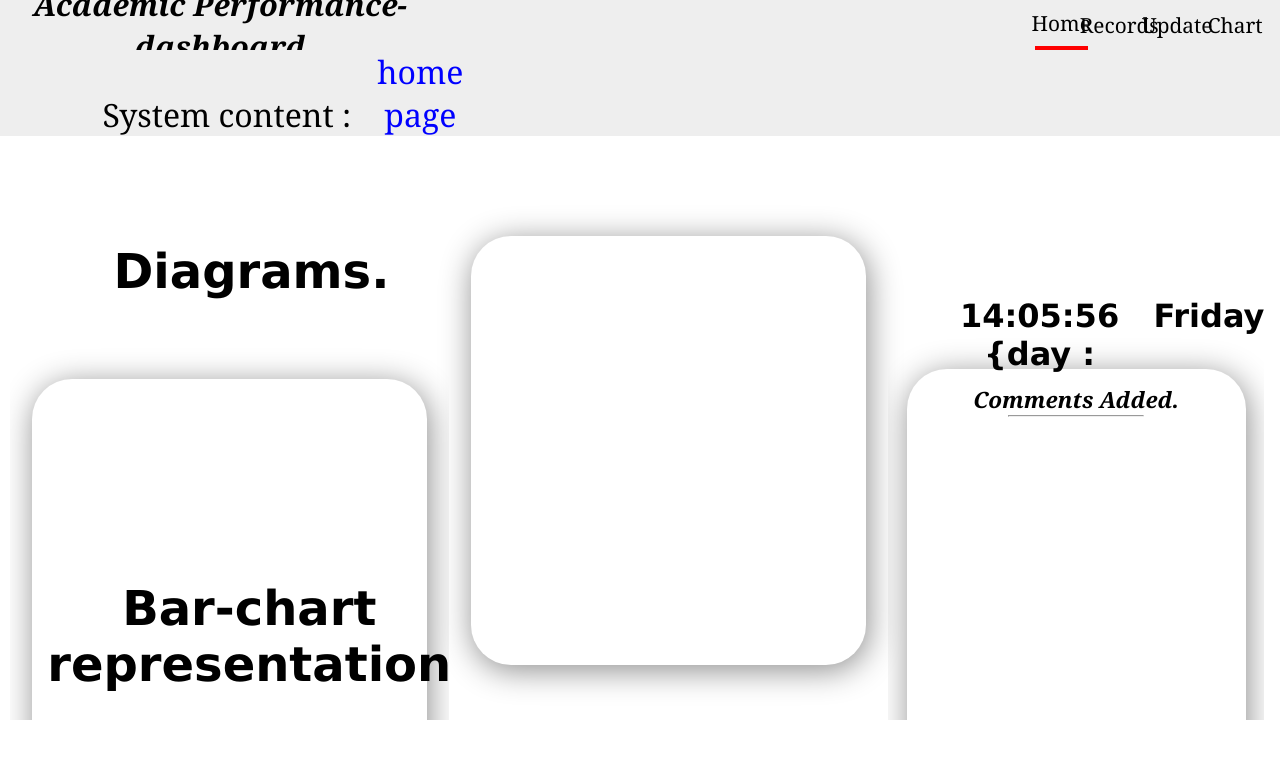
Repository: 3x3cu7er/Shax_001
Page: http://localhost/xmain/
These files come from the project's save history. The page is drawn as it stood at one moment and after the next save; the edit follows.
The browser window is 1280 px wide. The pictures show the whole page.
An inner scrolling area shows only its first screen. The page is served by the project's application, run on Django 4.2 (manage.py). Other server files are loaded and not shown.

Above is the page before, as saved 2024-01-19 18:09:56.
Console error (its wording comes from the project's code and is left out).

### _3x3c47er_Sino_sys/template/xmain.html
{% load static %}
<!DOCTYPE html>
<html lang="en">
  <head>
    <meta charset="UTF-8" />
    <meta name="viewport" content="width=device-width, initial-scale=1.0" />
    <title>...</title>
    <link rel="stylesheet" href="{% static '/css/xmain.css'%}" />
  </head>
  <body>
    <div class="container">
      <!-- navigation system -->
      <div class="nav">
        <div class="logo">
          <h5>Academic Performance-dashboard</h5>
          <a class="loc">show menu</a>
        </div>

        <div class="links">
          <a href="{% url 'xlanding'%}" class="under">Home</a>
          <a href="{% url 'temp_access_student'%}">Records</a>
          <a href="{% url 'xupdate'%}">Update</a>
          <a href="#later">Chart</a>
        </div>
      </div>
      <div class="elements">
        <a href="{% url 'xlanding'%}" class="under">Home</a>
        <a href="{% url 'temp_access_student'%}">Records</a>
        <a href="{% url 'xupdate'%}">Update</a>
        <a href="#later">Alerts</a>
      </div>
      <!-- platforms -->
      <div class="label">
        <h1>
          <p>System content :</p>
        </h1>
      </div>

      <div class="platforms">
        <!-- top section -->

        <div class="section" class="elements">
          <!-- right -->
          <div class="rigthSide">
            <div class="flex">
              <h4>Diagrams.</h4>
              <div class="data">
                <div class="graph">
                  <canvas id="net"></canvas>
                  <h4>Bar-chart representation</h4>
                </div>
              </div>
              <div class="data">
                <canvas id="tracking"></canvas>
              </div>
            </div>
          </div>
          <!-- middle -->
          <div class="middleContent">
            <div class="data" id="top">
              <div class="graph">
                <canvas id="pie"></canvas>
              </div>
            </div>
            <div class="data" id="bottom">
              <div class="graph">
                <canvas id="scatter"></canvas>
              </div>
            </div>
          </div>
          <!-- left -->

          <div class="leftSide">
            <div class="time">
              <h4>
                <span class="hr">00</span>:<span class="min">00</span>:<span
                  class="sec"
                  >00</span
                >
                {day :
              </h4>
              <h4 class="dy">day }</h4>
            </div>
            <div class="data" id="comments">
              <h4>Comments Added.</h4>
              <hr />

              {% for content in comment%}
              <li class="id">
                <ol>
                  <div class="sub">{{content}}</div>
                </ol>
              </li>
              {%endfor%}
            </div>
          </div>
        </div>
        <div class="context">
          <div class="subCOntext">
            <div class="scroll">
              <!-- {% for item in sh%}
              <ul>
                {{item}}
              </ul>
              <br /><br />
              {%endfor%} -->
              <div class="part">
                <img src="/static/css/icons/spy.svg" alt="" />
                <h3>User -Summary.</h3>

                <hr />
                <h4>Total datasets : <span>{{tcourse}}</span></h4>
                <h4>
                  The plt<sub>id</sub> corresponds to the recordID in the corses
                  undertaken.
                </h4>
                <h4>
                  plt -<sup>-</sup>-<sub>-</sub> average performance for the
                  record.
                </h4>
              </div>
              <!-- <div class="part">
                <img src="/static/undraw_emails_re_cqen.svg" alt="" />
                <h3>Notification.</h3>
                <hr />
              </div> -->
              <div class="part">
                <img src="/static/css/icons/chart.svg" alt="" />
                <h3>Performance -Summary.</h3>
                <hr />
                <h4>Total score : <span>{{tcwa}}</span></h4>
                <h4>Your status : <span>{{com}}</span></h4>
              </div>
            </div>
          </div>
        </div>
        <div class="design">
          <div class="">
            <img src="/static/css/icons/academic.svg" alt="" />
            <h1>Records.</h1>
          </div>
          <div class="">
            <img src="/static/css/icons/main2.svg" alt="" />
            <h1>Predictions.</h1>
          </div>
        </div>
        <!-- student details -->
        <div class="section" id="details">
          <div class="details">
            <h4>Courses Undertaken</h4>
            <hr />
            <div class="table">
              <div class="thead">
                <div class="name">Record-ID</div>
                <div class="name">Course</div>
                <div class="name">Refrence</div>
                <div class="name">CWA</div>
              </div>

              {%for rec in record%}
              <div class="value">
                <h5>{{rec.recordID}}</h5>
                <h5>{{rec.course}}</h5>
                <h5>{{rec.reference}}</h5>
                <h5>{{rec.cwa}}</h5>
              </div>
              {%endfor%}

              <!-- <div class="all">

                <li>{{rec.semester}}</li>

              </div> -->
            </div>
          </div>
          <div class="details">
            <h4>Predictions for the student.</h4>
            <hr />

            <div class="prediction">
              <h5>{{predicted_score}}</h5>
              <h5>Total AVERAGE score :{{average}}<span>%</span>.</h5>

              <h5>Student would have :{{recommendation}} performance.</h5>
            </div>
            <!-- <div class="form">
              <h2>Comment Form</h2>
              <hr />
              <form action="" method="post">
                {% csrf_token %}
                <div class="formItem">
                  <label for="">Content ID :</label>
                  <input type="text" name="comID" placeholder="I D.." />
                </div>
                <div class="formItem">
                  <label for="">Label:</label>
                  <input type="text" name="label" placeholder="give label.." />
                </div>
                <div class="formItem">
                  <label for="">Main content :</label>
                  <textarea
                    name="message"
                    placeholder="Write to add to content."
                    id="writings"
                  ></textarea>
                </div>
                <div class="formItem">
                  <input type="submit" value="Add content" />
                </div>
              </form>
            </div> -->
          </div>
        </div>
        <!-- later -->
        <!-- <div class="search">
          <form action="" method="get">
            {% csrf_token %}
            <input
              type="text"
              placeholder="level.."
              name="request"
              id="search"
            />
            <input
              type="text"
              placeholder="semester.."
              name="semReq"
              id="search"
            />
            <input type="submit" value="Check" name="searchBtn" id="btn" />
          </form>
        </div> -->
        <div class="formContainer">
          <h1>Enter your user ID..</h1>
          <div class="search">
            <form action="" method="get">
              {% csrf_token %}
              <input
                type="text"
                placeholder="Student's  ID.."
                name="search"
                id="search"
              />
              <input type="submit" value="Check" name="searchBtn" id="btn" />
            </form>
          </div>
        </div>
        <div class="design">
          <div class="">
            <img src="/static/css/icons/analytics.svg" alt="" />
            <h1>Performance tracking.</h1>
            <hr />
          </div>
        </div>
        <div class="section" id="later">
          <!-- graph page -->
          <div class="graph">
            <canvas id="dataRep"></canvas>
          </div>
        </div>
      </div>
    </div>
    <script src="{% static '/js/time1.js'%}"></script>
    <script src="https://cdn.jsdelivr.net/npm/chart.js"></script>
    <script>
      const ctx = document.getElementById("dataRep");
      const pie = document.getElementById("pie");
      const scatter = document.getElementById("scatter");
      const tracking = document.getElementById("tracking");
      const net = document.getElementById("net");
      //pl1 = JSON.parse("{{pl1|escapejs}}");
      //pl2 = JSON.parse("{{fs2|escapejs}}");
      //ss1 = JSON.parse("{{ss1|escapejs}}");
      //ss2 = JSON.parse("{{ss2|escapejs}}");
      //ts1 = JSON.parse("{{ts1|escapejs}}");
      //ts2 = JSON.parse("{{ts2|escapejs}}");
      //fors1 = JSON.parse("{{fors1|escapejs}}");
      //fors2 = JSON.parse("{{fors2|escapejs}}");
      graphData = JSON.parse("{{graphData|escapejs}}");
      graphData1 = JSON.parse("{{graphData1|escapejs}}");
      const loca = document.querySelector(".loc");
      const elements = document.querySelector(".elements");

      // ########################
      loca.addEventListener("click", function () {
        elements.style.display = "block";
      });

      //line chart
      new Chart(ctx, {
        type: "line",
        data: {
          labels: [
            "plt1",
            "plt2",
            "plt3",
            "plt4",
            "plt5",
            "plt6",
            "plt7",
            "plt8",
            "plt9",
            "plt10",
            "plt11",
            "plt12",
            "plt13",
            "plt14",
            "plt15",
            "plt16",
            "plt17",
            "plt18",
            "plt19",
            "plt20",
            "plt21",
            "plt22",
            "plt23",
            "plt24",
            "plt25",
            "plt26",
            "plt27",
            "plt28",
            "plt29",
            "plt30",
            "plt31",
            "plt32",
            "plt33",
            "plt34",
            "plt35",
            "plt36",
            "plt37",
            "plt38",
            "plt39",
            "plt40",
            "plt41",
            "plt42",
            "plt43",
            "plt44",
            "plt45",
            "plt46",
            "plt47",
            "plt48",
            "plt49",
            "plt50",
            "plt51",
            "plt52",
            "plt53",
            "plt54",
            "plt55",
            "plt56",
            "plt57",
            "plt58",
            "plt59",
            "plt60",
          ],
          datasets: [
            {
              label: "Performance rate.",
              data: graphData,
              borderWidth: 1,
            },
          ],
        },
        options: {
          scales: {
            y: {
              beginAtZero: true,
            },
          },
        },
      });
      //net chart
      new Chart(net, {
        type: "bar",
        data: {
          labels: [
            "plt1",
            "plt2",
            "plt3",
            "plt4",
            "plt5",
            "plt6",
            "plt7",
            "plt8",
            "plt9",
            "plt10",
            "plt11",
            "plt12",
            "plt13",
            "plt14",
            "plt15",
            "plt16",
            "plt17",
            "plt18",
            "plt19",
            "plt20",
            "plt21",
            "plt22",
            "plt23",
            "plt24",
            "plt25",
            "plt26",
            "plt27",
            "plt28",
            "plt29",
            "plt30",
            "plt31",
            "plt32",
            "plt33",
            "plt34",
            "plt35",
            "plt36",
            "plt37",
            "plt38",
            "plt39",
            "plt40",
            "plt41",
            "plt42",
            "plt43",
            "plt44",
            "plt45",
            "plt46",
            "plt47",
            "plt48",
            "plt49",
            "plt50",
            "plt51",
            "plt52",
            "plt53",
            "plt54",
            "plt55",
            "plt56",
            "plt57",
            "plt58",
            "plt59",
            "plt60",
          ],
          datasets: [
            {
              label: "Performance rate.",
              data: graphData,
              borderWidth: 1,
            },
          ],
        },
        options: {
          scales: {
            y: {
              beginAtZero: true,
            },
          },
        },
      });
      //tracking chart
      new Chart(tracking, {
        type: "polarArea",
        data: {
          labels: [
            "plt1",
            "plt2",
            "plt3",
            "plt4",
            "plt5",
            "plt6",
            "plt7",
            "plt8",
            "plt9",
            "plt10",
            "plt11",
            "plt12",
            "plt13",
            "plt14",
            "plt15",
            "plt16",
            "plt17",
            "plt18",
            "plt19",
            "plt20",
            "plt21",
            "plt22",
            "plt23",
            "plt24",
            "plt25",
            "plt26",
            "plt27",
            "plt28",
            "plt29",
            "plt30",
            "plt31",
            "plt32",
            "plt33",
            "plt34",
            "plt35",
            "plt36",
            "plt37",
            "plt38",
            "plt39",
            "plt40",
            "plt41",
            "plt42",
            "plt43",
            "plt44",
            "plt45",
            "plt46",
            "plt47",
            "plt48",
            "plt49",
            "plt50",
            "plt51",
            "plt52",
            "plt53",
            "plt54",
            "plt55",
            "plt56",
            "plt57",
            "plt58",
            "plt59",
            "plt60",
          ],
          datasets: [
            {
              label: "Tracking",
              data: graphData,
              borderWidth: 1,
            },
          ],
        },
        options: {
          scales: {
            y: {
              beginAtZero: true,
            },
          },
        },
      });
      //pie
      new Chart(pie, {
        type: "doughnut",
        data: {
          labels: [
            "plt1",
            "plt2",
            "plt3",
            "plt4",
            "plt5",
            "plt6",
            "plt7",
            "plt8",
            "plt9",
            "plt10",
            "plt11",
            "plt12",
            "plt13",
            "plt14",
            "plt15",
            "plt16",
            "plt17",
            "plt18",
            "plt19",
            "plt20",
            "plt21",
            "plt22",
            "plt23",
            "plt24",
            "plt25",
            "plt26",
            "plt27",
            "plt28",
            "plt29",
            "plt30",
            "plt31",
            "plt32",
            "plt33",
            "plt34",
            "plt35",
            "plt36",
            "plt37",
            "plt38",
            "plt39",
            "plt40",
            "plt41",
            "plt42",
            "plt43",
            "plt44",
            "plt45",
            "plt46",
            "plt47",
            "plt48",
            "plt49",
            "plt50",
            "plt51",
            "plt52",
            "plt53",
            "plt54",
            "plt55",
            "plt56",
            "plt57",
            "plt58",
            "plt59",
            "plt60",
          ],
          datasets: [
            {
              label: "Oval display.",
              data: graphData,
              borderWidth: 1,
            },
          ],
        },
        options: {
          scales: {
            y: {
              beginAtZero: true,
            },
          },
        },
      });
      //scatter plot
      new Chart(scatter, {
        type: "scatter",
        data: {
          labels: [
            "plt1",
            "plt2",
            "plt3",
            "plt4",
            "plt5",
            "plt6",
            "plt7",
            "plt8",
            "plt9",
            "plt10",
            "plt11",
            "plt12",
            "plt13",
            "plt14",
            "plt15",
            "plt16",
            "plt17",
            "plt18",
            "plt19",
            "plt20",
            "plt21",
            "plt22",
            "plt23",
            "plt24",
            "plt25",
            "plt26",
            "plt27",
            "plt28",
            "plt29",
            "plt30",
            "plt31",
            "plt32",
            "plt33",
            "plt34",
            "plt35",
            "plt36",
            "plt37",
            "plt38",
            "plt39",
            "plt40",
            "plt41",
            "plt42",
            "plt43",
            "plt44",
            "plt45",
            "plt46",
            "plt47",
            "plt48",
            "plt49",
            "plt50",
            "plt51",
            "plt52",
            "plt53",
            "plt54",
            "plt55",
            "plt56",
            "plt57",
            "plt58",
            "plt59",
            "plt60",
          ],
          datasets: [
            {
              label: "Scattered display.",
              data: graphData,
              borderWidth: 1,
            },
          ],
        },
        options: {
          scales: {
            y: {
              beginAtZero: true,
            },
          },
        },
      });
    </script>
  </body>
</html>

### _3x3c47er_Sino_sys/_hadez_/views.py
from django.shortcuts import render

# Create your views here.
# system navs


def x1(request):
    return render(request, "xterminal.html")


# system navs
def x2(request):
    return render(request, "xupdate.html")


# system navs
def x3(request):
    return render(request, "xbase.html")


# system navs
def x4(request):
    return render(request, "xmain.html")


# system navs
def x5(request):
    return render(request, "sys_manage.html")


# system navs
def x6(request):
    return render(request, "root_parent.html")


# system navs
def x7(request):
    return render(request, "dash_content_overview.html")


# system navs
def x8(request):

    # if request.method == 'POST':
    #     uname = '*****'
    #     addr = 'account@mail.com'
    #     refnum = '**********'
    #     commentRef = request.POST.get('comID')
    #     label = request.POST.get('label')
    #     message = request.POST.get('message')
    #     newComment = comments(commentID=commentRef, label=label, details=message)
    #     newComment.save()

    if request.method == 'GET':
        uname = '*****'
        addr = 'account@mail.com'
        refnum = '**********'
        ref = request.GET.get('search')
        # users = userCredentials.objects.all()
        # for userAccount in users:
        #     if str(userAccount.referenceNumber) == str(ref):
        #         print('yh..')
        #         uname = userAccount.uname
        #         addr = userAccount.Address
        #         refnum = userAccount.referenceNumber

    return render(request, 'xlanding.html', {'uname':uname, 'addr':addr, 'refnum':refnum})


# system navs
def x9(request):
    return render(request, "xhome.html")


# system navs
def x10(request):
    return render(request, "board_confg.html")


# system navs
def x11(request):
    return render(request, "temp_access_stud.html")


# system navs
def x12(request):
    return render(request, "xactive.html")


# system navs
def x13(request):
    return render(request, "xplatform.html")


# system navs
def x14(request):
    return render(request, "sys_major.html")

### _3x3c47er_Sino_sys/_3x3c47er_Sino_sys/urls.py
"""_3x3c47er_Sino_sys URL Configuration

The `urlpatterns` list routes URLs to views. For more information please see:
    https://docs.djangoproject.com/en/4.0/topics/http/urls/
Examples:
Function views
    1. Add an import:  from my_app import views
    2. Add a URL to urlpatterns:  path('', views.home, name='home')
Class-based views
    1. Add an import:  from other_app.views import Home
    2. Add a URL to urlpatterns:  path('', Home.as_view(), name='home')
Including another URLconf
    1. Import the include() function: from django.urls import include, path
    2. Add a URL to urlpatterns:  path('blog/', include('blog.urls'))
"""
from django.contrib import admin
from django.urls import path, include

urlpatterns = [
    path('admin/', admin.site.urls),
    path("", include("_hadez_.urls")),
    path("xterminal/", include("_hadez_.urls")),
    path('main/', include('_hadez_.urls')),
    path('update-my-data/', include('_hadez_.urls')),
    path('records/', include('_hadez_.urls')),
    path('menu/', include('_hadez_.urls')),
    path('monitor/', include('_hadez_.urls')),
    path('platform/', include('_hadez_.urls')),
]

### _3x3c47er_Sino_sys/_hadez_/urls.py
from django.urls import path
from . import views
urlpatterns = [
    path("", views.x1, name="xterminal"),
    path("xterminal/", views.x1, name="xterminal"),
    path("xupdate/", views.x2, name="xupdate"),
    path("xbase/", views.x3, name="xbase"),
    path("xmain/", views.x4, name="xmain"),
    path("sys_manage/", views.x5, name="sys_manage"),
    path("root_parent/", views.x6, name="root_parent"),
    path("dash_content_overview/", views.x7, name="dash_content_overview"),
    path("xlanding/", views.x8, name="xlanding"),
    path("xhome/", views.x9, name="xhome"),
    path("board_confg/", views.x10 , name="board_confg"),
    path("temp_access_student/", views.x11 , name="temp_access_student"),
    path("xactive/", views.x12 , name="xactive"),
    path("xplatform/", views.x13 , name="xplatform"),
    path("sys_major/", views.x14 , name="sys_major"),
]

Loaded but not shown: _3x3c47er_Sino_sys/static/css/icons/academic.svg (1 lines, source omitted); _3x3c47er_Sino_sys/static/css/icons/chart.svg (1 lines, source omitted); _3x3c47er_Sino_sys/static/css/icons/analytics.svg (1 lines, source omitted); _3x3c47er_Sino_sys/static/css/icons/main2.svg (1 lines, source omitted); _3x3c47er_Sino_sys/static/css/icons/spy.svg (1 lines, source omitted); _3x3c47er_Sino_sys/static/js/time1.js (52 lines, source omitted); _3x3c47er_Sino_sys/static/css/xmain.css (930 lines, source omitted)

After the next save:
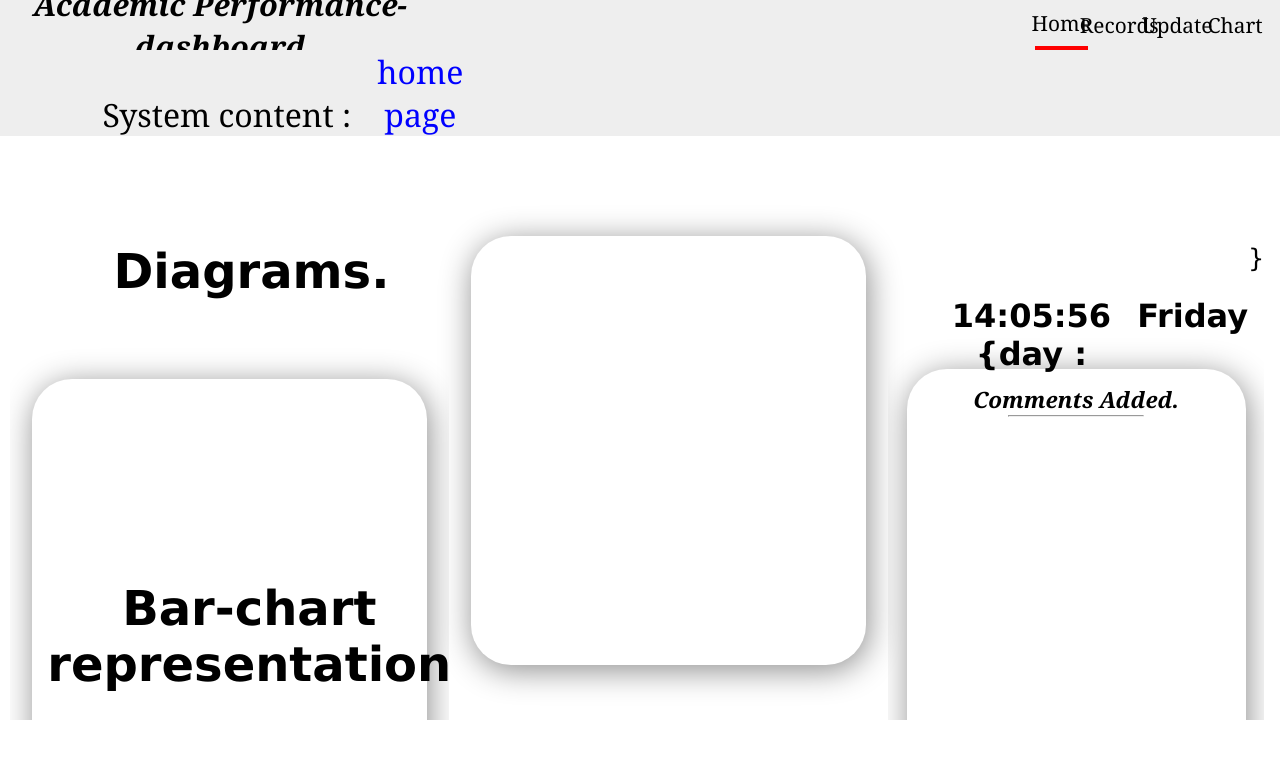
Saved 22 s later.
--- a/_3x3c47er_Sino_sys/template/xmain.html
+++ b/_3x3c47er_Sino_sys/template/xmain.html
@@ -79,7 +79,8 @@
                 >
                 {day :
               </h4>
-              <h4 class="dy">day }</h4>
+              <h4 class="dy">day</h4>
+              }
             </div>
             <div class="data" id="comments">
               <h4>Comments Added.</h4>
